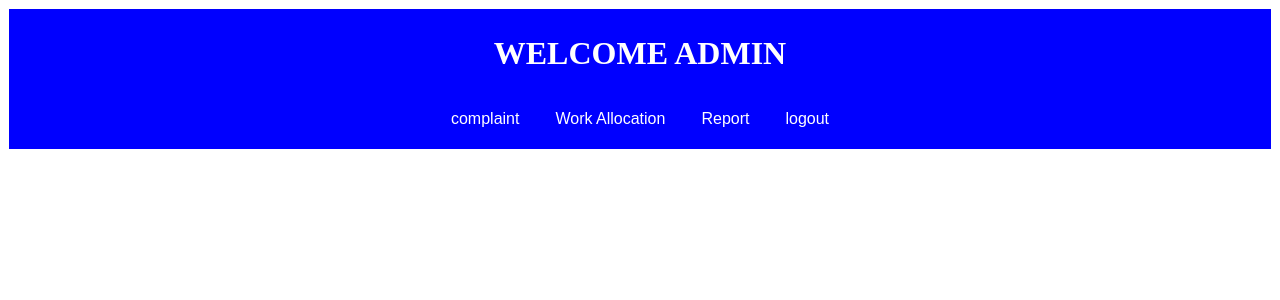
Repository: Jobinte/KSEB-PROJECT
Page: KSEB-complaint-management/WebContent/admin.html
An editor plug-in stored every save of this project. The page is shown before and after the next save, followed by the edit.
The browser window is 1280 px wide. The pictures show the whole page.

Above is the page before, as saved 2023-11-21 10:11:40.

After the next save:
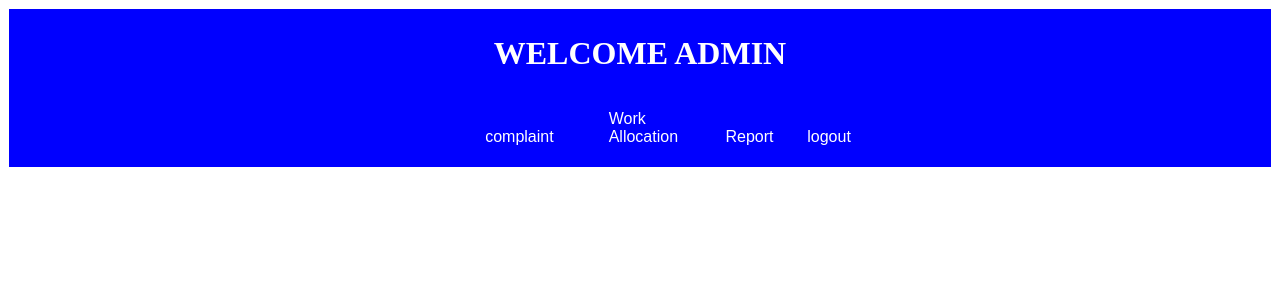
Saved 58 s later.
--- a/KSEB-complaint-management/WebContent/css/admin.css
+++ b/KSEB-complaint-management/WebContent/css/admin.css
@@ -20,8 +20,8 @@
 	position: relative;
 	display: inline-block;
 }
-#dropdown button{
-	width=25%;
+.dropdown button{
+	width: 25%;
 
 }
 
